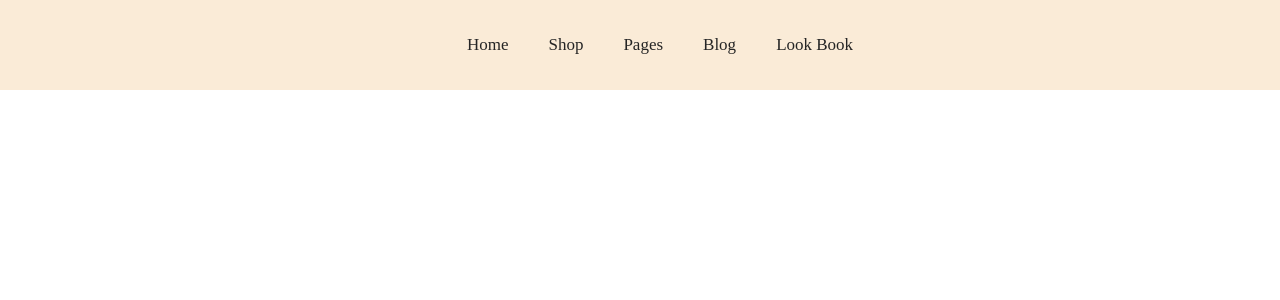
Repository: MorgunovaAlexandra/beauti
Page: index.html
An editor plug-in stored every save of this project. The page is shown before and after a run of saves, followed by the edit.
The browser window is 1280 px wide. The pictures show the whole page.

Above is the page before, as saved 2022-08-24 12:13:50.

After the next 3 saves:
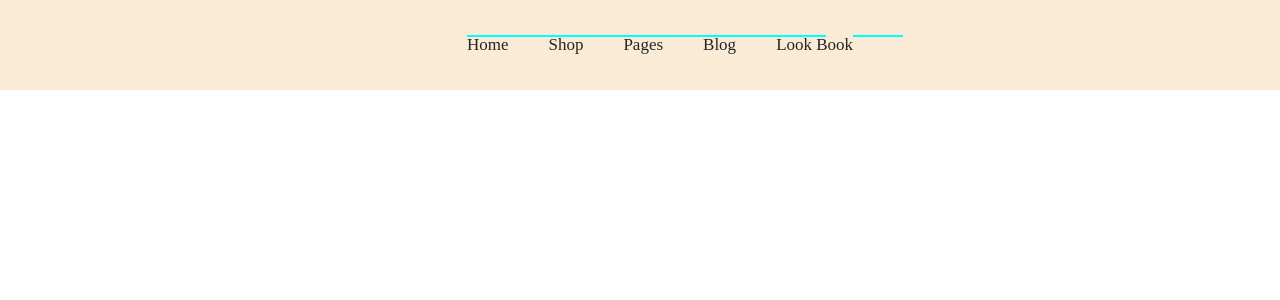
The 3 saves are shown as one change because they came seconds apart.
The last was saved 54 s later.
--- a/style.css
+++ b/style.css
@@ -52,7 +52,7 @@
     height: 90px;
 
 }
-.menu-list li a:hover{
+.menu-list li ::after{
    content: "";
    position: absolute;
    height: 2px;
